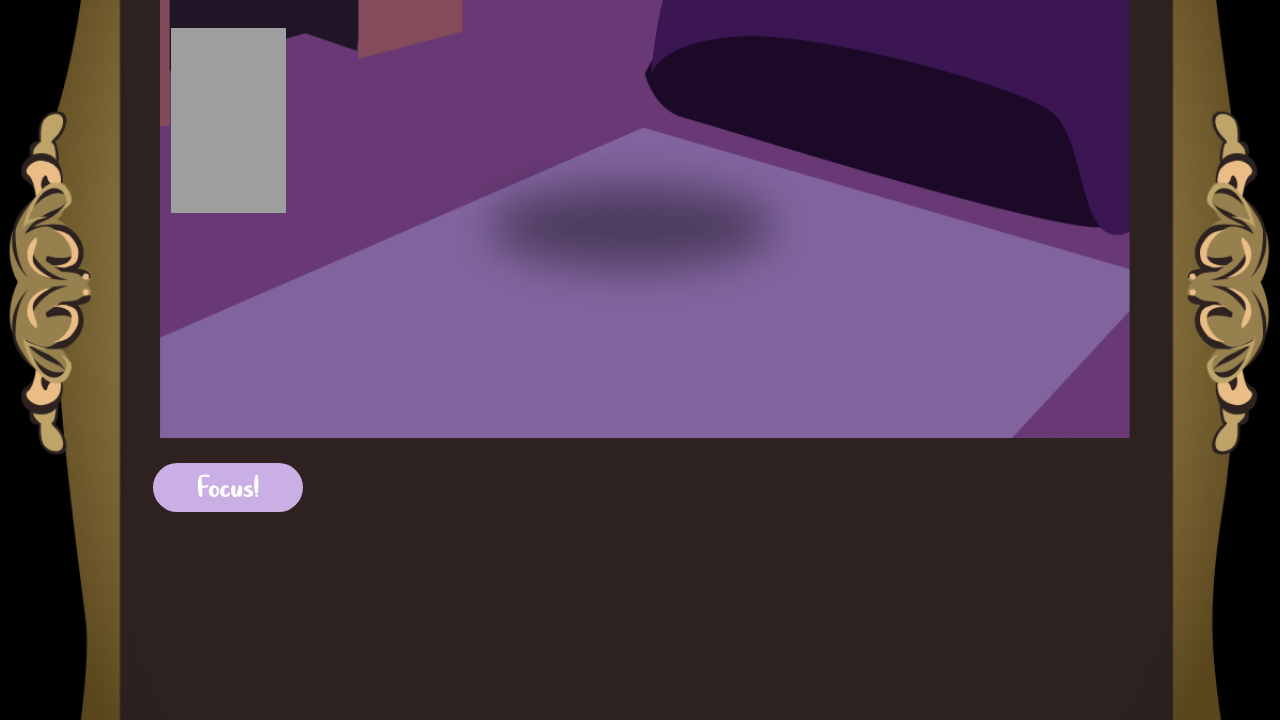
Repository: zhangolivia7/Little-Witch-Alcove
Page: popup.html
An editor plug-in stored every save of this project. The page is shown before and after the next save, followed by the edit.
The browser window is 1280 px wide. The pictures show the whole page.
Pictures or frames that could not be fetched are drawn as grey boxes.

Above is the page before, as saved 2025-11-15 16:22:26.

### popup.html
<!DOCTYPE html>
<html>
  <head>
    <title>Little Witch Alcove</title>
    <link rel="stylesheet" href="popup.css">
  </head>
  <body>
    <div>
        <img src="Assets/Witch.png" alt="Witch" id="witch-img">
    </div>
    <button id="focus-btn">Focus!</button>

    <script src="popup.js"></script>
  </body>
</html>

### popup.css
@font-face {
    font-family: 'QuiteMagical';
    src: url('Assets/Font/QuiteMagicalRegular.ttf');
}

body {
    width: 400px;
    height: 500px;
    background-image: url('Assets/No UI.png');
    background-repeat: no-repeat;
    background-position: center center;
    background-size: cover;
    background-color: black;
    padding: 20px;
    font-family: 'QuiteMagical';
  }

  h1 {
    font-size: 18px;
    text-align: center;
  }

  #focus-btn {
    width: 150px;
    margin: 250px auto 0 auto;
    padding: 10px 5px 5px 5px;
    border-radius: 25px;
    background: #CAAFE5;
    color: white;
    font-family: 'QuiteMagical';
    font-size: 36px;
    border: none;
    cursor: pointer;
    display: block;
  }

  #witch-img {
    width: 115px;
    height: 185px;
    margin: 0 auto;
    display: block;
  }

### popup.js
document.getElementById("focus-btn").addEventListener("click", () => {
    alert("Hex of Concentration activated! 🔮");
  });

After the next save:
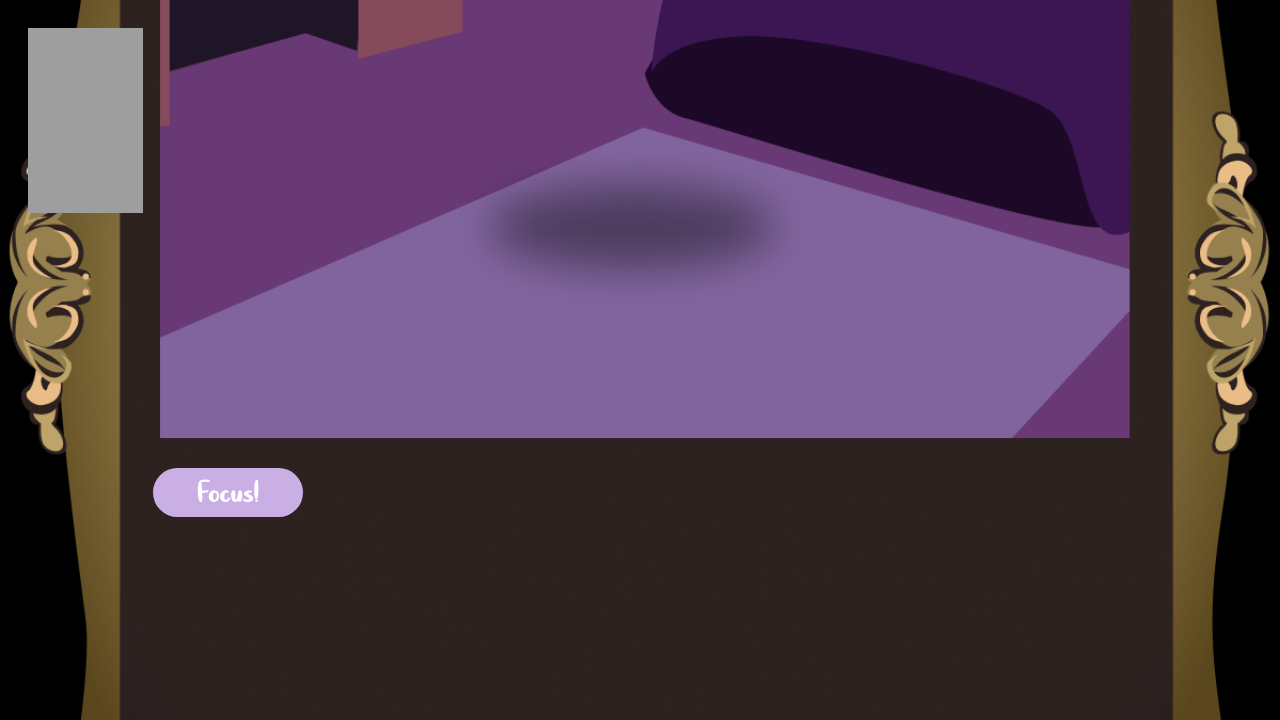
Saved 20 s later.
--- a/popup.css
+++ b/popup.css
@@ -37,6 +37,4 @@ body {
   #witch-img {
     width: 115px;
     height: 185px;
-    margin: 0 auto;
-    display: block;
   }
